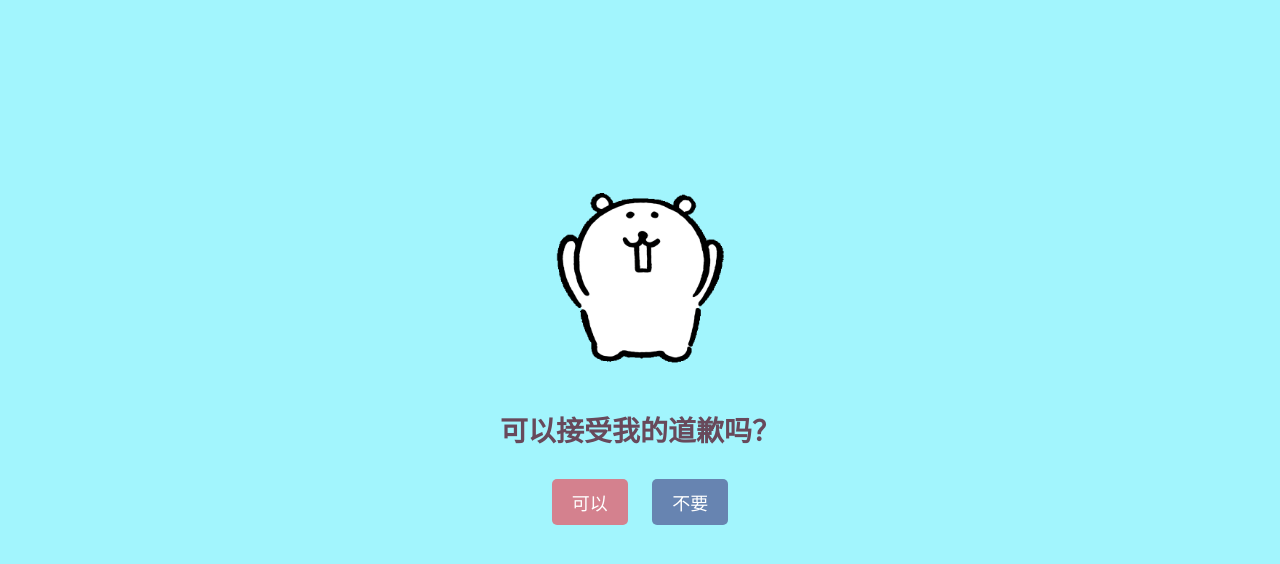
Repository: whatsecret/apologize
Page: index.html
An editor plug-in stored every save of this project. The page is shown before and after the next save, followed by the edit.
The browser window is 1280 px wide. The pictures show the whole page.

Above is the page before, as saved 2025-12-03 10:54:34.

After the next save:
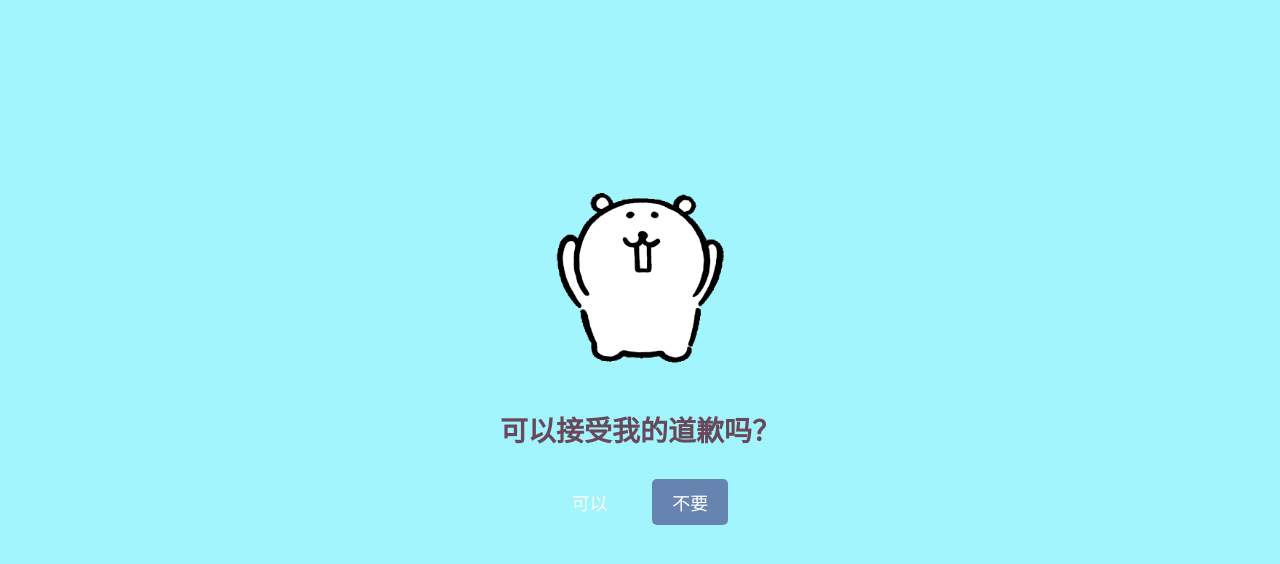
Saved 26 s later.
--- a/style.css
+++ b/style.css
@@ -52,7 +52,7 @@
 }
 
 #yes {
-    background-color: #d4818e; /* 粉色 */
+    background-color: #a2f5fd; /* 粉色 */
     color: white;
 }
 

After the 2 saves that followed:
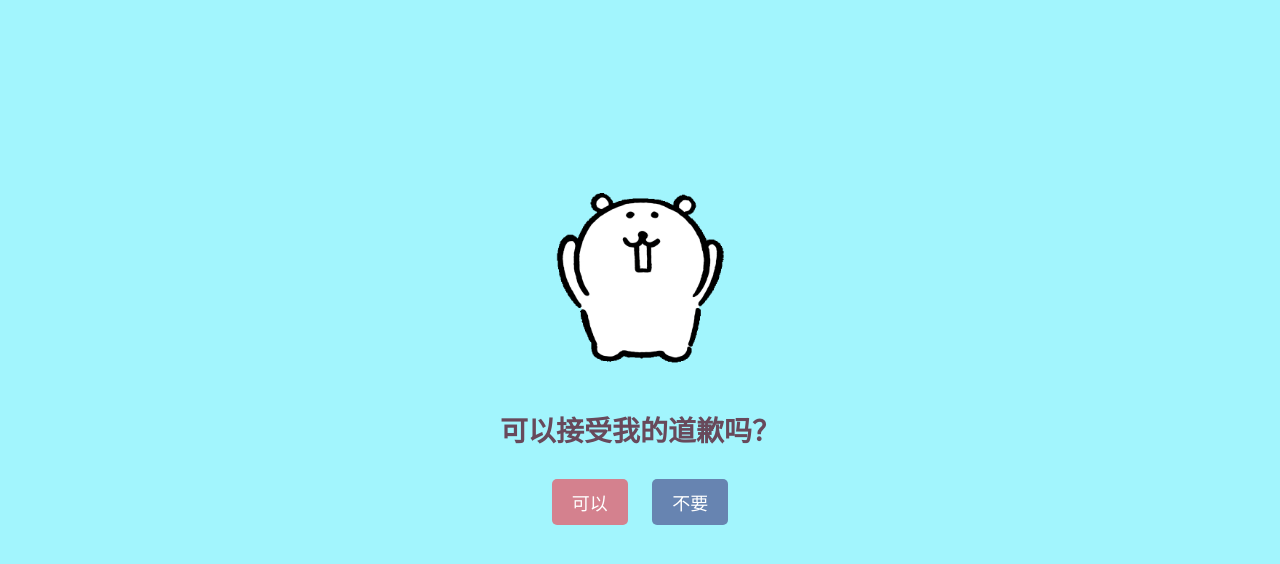
The 2 saves are shown as one change because they came seconds apart.
The last was saved 9 s later.
--- a/style.css
+++ b/style.css
@@ -52,7 +52,7 @@
 }
 
 #yes {
-    background-color: #a2f5fd; /* 粉色 */
+    background-color: #d4818e; /* 粉色 */
     color: white;
 }
 
@@ -68,7 +68,7 @@
     left: 0;
     width: 100vw;
     height: 100vh;
-    background-color: #ffdae0; /* 粉色 */
+    background-color: #a2f5fd; /* 粉色 */
     display: flex;
     flex-direction: column;
     align-items: center;
